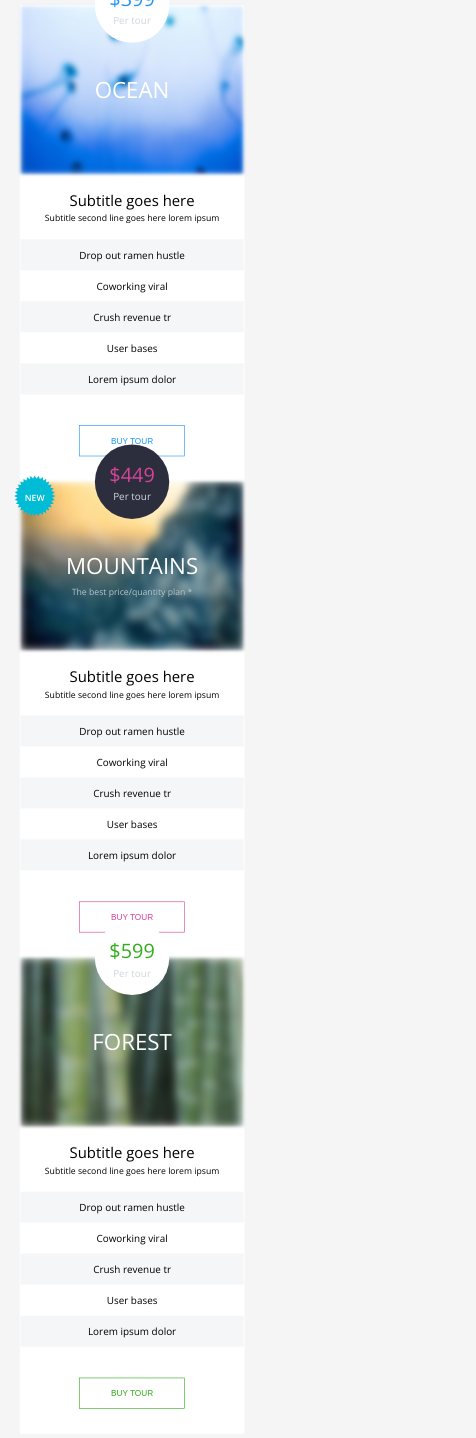
Repository: HoanTiny/pricetable
Page: index.html
These files come from the project's save history. The page is drawn as it stood at one moment and after the next save; the edit follows.
The browser window is 768 px wide. The pictures show the whole page, at 62% of full size.
Some web fonts or font styles are not loaded; a fallback is used.

Above is the page before, as saved 2022-07-04 12:00:52.

After the next save:
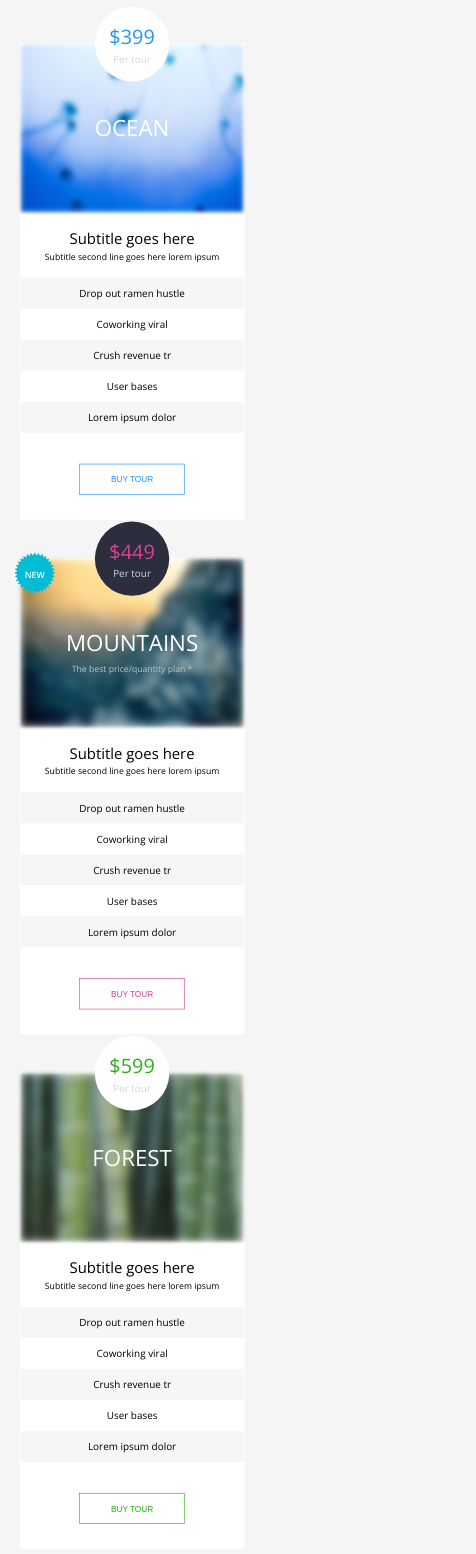
Saved 30 s later.
--- a/assests/css/reponsive.css
+++ b/assests/css/reponsive.css
@@ -1,6 +1,10 @@
 @media (min-width: 723px) and (max-width: 1023px) {
     .container {
         flex-wrap: wrap;
+    }
+
+    .price-table {
+        margin-top: 62px;
     }
 }
 
